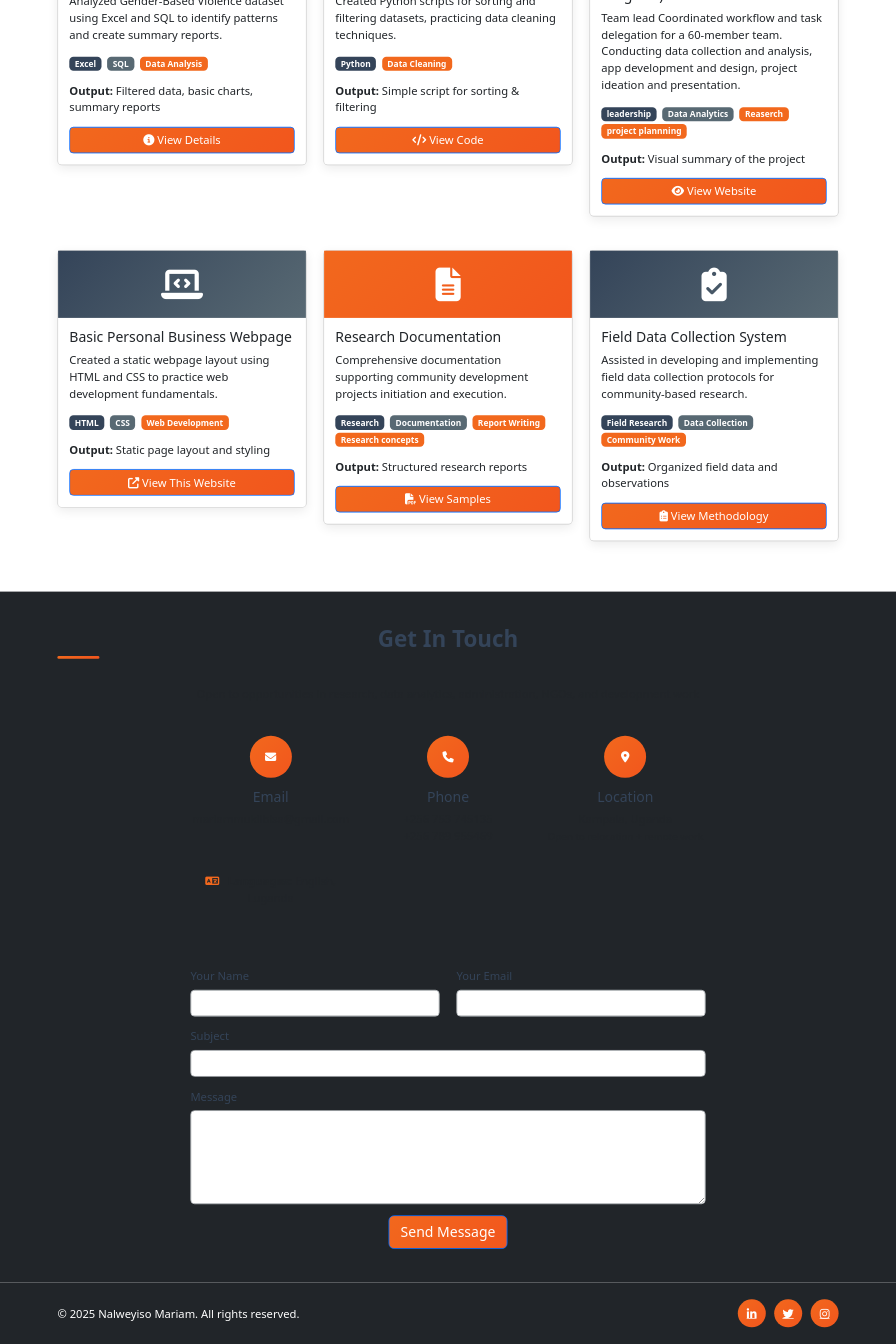
Repository: NalweMari/My-Personal-Portfolio
Page: index.html
These files come from the project's save history. The page is drawn as it stood at one moment and after the next save; the edit follows.
The browser window is 1280 px wide. The pictures show the part of the page from y = 1803 to 3723 px (the page is 3723 px tall), at 70% of full size.
A picture or video elsewhere on the page could not be fetched, so the positions and the page height are approximate.

Above is the page before, as saved 2025-12-05 17:44:17.
Console error (its wording comes from the project's code and is left out).

### index.html
<!DOCTYPE html>
<html lang="en">

<head>
    <meta charset="UTF-8">
    <meta name="viewport" content="width=device-width, initial-scale=1.0">
    <title>Nalweyiso Mariam - Research assistant/Data Analyst </title>
    <link rel="stylesheet" href="style.css">
    <link href="https://cdn.jsdelivr.net/npm/bootstrap@5.3.0/dist/css/bootstrap.min.css" rel="stylesheet">
    <link rel="stylesheet" href="https://cdnjs.cloudflare.com/ajax/libs/font-awesome/6.4.0/css/all.min.css">
</head>

<body>
    <!-- Navigation -->
    <nav class="navbar navbar-expand-lg navbar-dark bg-dark fixed top">
        <div class="container sm">
            <a class="navbar-brand Logo" href="#"><img src="images/Initials_Logo-preview (1).png" alt="Your Logo"
                    height="80"></a> <button class="navbar-toggler" type="button" data- 6 toggle="collapse"
                data-target="#navbarNav" aria-controls="navbarNav" aria-expanded="false" aria-label="Toggle navigation">
                <span class="navbar-toggler-icon"></span> </button>
            <div class="collapse navbar-collapse" id="navbarNav">
                <ul class="navbar-nav ms-auto">
                    <li class="nav-item"><a class="nav-link" href="#home">Home</a></li>
                    <li class="nav-item"><a class="nav-link" href="#about">About</a></li>
                    <li class="nav-item"><a class="nav-link" href="#skills">Skills</a></li>
                    <li class="nav-item"><a class="nav-link" href="#portfolio">Portfolio</a></li>
                    <li class="nav-item"><a class="nav-link" href="#contact">Contact</a></li>
                </ul>
            </div>
        </div>
    </nav>

    <!-- Hero Section -->
    <section id="home" class="hero-section">
        <div class="container">
            <div class="row align-items-center">
                <div class="col-lg-6">
                    <h1 class="display-4 fw-bold mb-3">HI I'M NALWEYISO MARIAM</h1>
                    <p class="lead mb-4">Research Assistant/Data Analyst with 4 years experience in social research and
                        data
                        collection</p>
                    <div class="d-flex flex-wrap gap-3">
                        <a href="#contact" class="btn btn-outline-light btn-lg">Contact Me</a>
                    </div>
                </div>
                <div class="col-lg-6 text-center mt-5 mt-lg-0">
                    <img src="images/Profile design.png" class="profile-image rounded-circle" alt="Nalweyiso Mariam">
                </div>
            </div>
        </div>
    </section>

    <!-- About Section -->
    <section id="about" class="py-5 bg-custom">
        <div class="container">
            <h2 class="section-title">About Me</h2>
            <div class="row align-items-center">
                <div class="col-lg-4 text-center mb-4 mb-lg-0">
                    <img src="images/woman coding.jpg" class="img-fluid rounded shadow" alt="Nalweyiso Mariam"
                        style="max-width: 300px;">
                </div>
                <div class="col-lg-8">
                    <p class="lead"><strong>Motivated and detail-oriented professional with hands-on
                        experience in research and data collection.</strong></p>
                    <p>Currently developing strong analytical capacity with practical learning in Excel,
                            SQL, Python, and data visualization. Skilled in documentation, scheduling,
                        planning, teamwork, and report drafting, with additional beginner-level exposure to web
                        development.</p>
                    <div class="row mt-4">
                        <div class="col-md-6">
                            <ul class="list-unstyled">
                                <li class="mb-2"><i class="fas fa-check text-primary me-2"></i> Social Research</li>
                                <li class="mb-2"><i class="fas fa-check text-primary me-2"></i> Data Analysis</li>
                                <li class="mb-2"><i class="fas fa-check text-primary me-2"></i> Qualitative Methods
                                </li>
                            </ul>
                        </div>
                        <div class="col-md-6">
                            <ul class="list-unstyled">
                                <li class="mb-2"><i class="fas fa-check text-primary me-2"></i> web development</li>
                                <li class="nav-item"><i class="fas fa-check text-primary me-2"></i> Data
                                    Visualization
                                </li>
                                <li class="mb-2"><i class="fas fa-check text-primary me-2"></i> Project
                                    Documentation
                                </li>
                            </ul>
                        </div>
                    </div>
                    <div class="mt-4">
                        <a href="Resume/NALWEYISO-MARIAM-Resume-2025.pdf" class="btn btn-primary me-3"><i class="fas fa-download me-2"></i>Download CV</a>
                    </div>
                </div>
            </div>
        </div>
    </section>
    <!-- Skills Section -->
    <section id="skills" class="py-5">
        <div class="container">
            <h2 class="section-title text-center">My Skills</h2>
            <div class="row">
                <div class="col-md-6">
                    <h5 class="mt-4">Data Analysis & Research</h5>
                    <div class="skill-bar">
                        <div class="skill-progress" style="width: 90%"></div>
                    </div>

                    <h5 class="mt-4">Qualitative Research</h5>
                    <div class="skill-bar">
                        <div class="skill-progress" style="width: 85%"></div>
                    </div>

                    <h5 class="mt-4">Basic Analysis</h5>
                    <div class="skill-bar">
                        <div class="skill-progress" style="width: 70%"></div>
                    </div>

                    <h5 class="mt-4">Data Collection</h5>
                    <div class="skill-bar">
                        <div class="skill-progress" style="width: 88%"></div>
                    </div>
                </div>
                <div class="col-md-6">
                    <h5 class="mt-4">Data Visualization</h5>
                    <div class="skill-bar">
                        <div class="skill-progress" style="width: 65%"></div>
                    </div>

                    <h5 class="mt-4">Documentation</h5>
                    <div class="skill-bar">
                        <div class="skill-progress" style="width: 92%"></div>
                    </div>

                    <h5 class="mt-4">Project Planning</h5>
                    <div class="skill-bar">
                        <div class="skill-progress" style="width: 83%"></div>
                    </div>

                    <h5 class="mt-4">Team Collaboration</h5>
                    <div class="skill-bar">
                        <div class="skill-progress" style="width: 87%"></div>
                    </div>
                </div>
            </div>
        </div>
    </section>

    <!-- Portfolio Section -->
    <section id="portfolio" class="py-5">
        <div class="container">
            <h2 class="section-title text-center">Projects & Practice Work</h2>
            <p class="text-center mb-5">Hands-on projects showcasing my data analysis, research, web development and
                adminstrative skills</p>

            <div class="row">
                <!-- Project 1: GBV Dataset Analysis -->
                <div class="col-lg-4 col-md-6 mb-4">
                    <div class="card project-card">
                        <div class="card-header-accent text-center py-4">
                            <i class="fas fa-database fa-3x"></i>
                        </div>
                        <div class="card-body d-flex flex-column">
                            <h5 class="card-title">GBV Dataset Analysis (Ongoing)</h5>
                            <p class="card-text flex-grow-1">
                                Analyzed Gender-Based Violence dataset using Excel and SQL to identify patterns and
                                create
                                summary reports.
                            </p>
                            <div class="mb-3">
                                <span class="badge badge-primary me-1">Excel</span>
                                <span class="badge badge-secondary me-1">SQL</span>
                                <span class="badge badge-accent">Data Analysis</span>
                            </div>
                            <div class="mt-auto">
                                <p><strong>Output:</strong> Filtered data, basic charts, summary reports</p>
                                <button class="btn btn-primary w-100"
                                    onclick="alert('Project details available upon request')">
                                    <i class="fas fa-info-circle me-1"></i>View Details
                                </button>
                            </div>
                        </div>
                    </div>
                </div>

                <!-- Project 2: Python Data Cleaning -->
                <div class="col-lg-4 col-md-6 mb-4">
                    <div class="card project-card">
                        <div class="card-header-primary text-center py-4">
                            <i class="fab fa-python fa-3x"></i>
                        </div>
                        <div class="card-body d-flex flex-column">
                            <h5 class="card-title">Python Data Cleaning Practice</h5>
                            <p class="card-text flex-grow-1">
                                Created Python scripts for sorting and filtering datasets, practicing data cleaning
                                techniques.
                            </p>
                            <div class="mb-3">
                                <span class="badge badge-primary me-1">Python</span>
                                <span class="badge badge-accent">Data Cleaning</span>
                            </div>
                            <div class="mt-auto">
                                <p><strong>Output:</strong> Simple script for sorting & filtering</p>
                                <button class="btn btn-primary w-100"
                                    onclick="alert('Python code samples available upon request')">
                                    <i class="fas fa-code me-1"></i>View Code
                                </button>
                            </div>
                        </div>
                    </div>
                </div>

                <!-- Project 3: villam hub -->
                <div class="col-lg-4 col-md-6 mb-4">
                    <div class="card project-card">
                        <div class="card-header-accent text-center py-4">
                            <i class="fas fa-chart-line fa-3x"></i>
                        </div>
                        <div class="card-body d-flex flex-column">
                            <h5 class="card-title">Capstone project VILLAM HUB (In Progress)</h5>
                            <p class="card-text flex-grow-1">
                                Team lead
                                Coordinated workflow and task delegation for a 60-member team. Conducting data collection
                                and analysis, app development and design, project ideation and presentation.
                            </p>
                            <div class="mb-3">
                                <span class="badge badge-primary me-1">leadership</span>
                                <span class="badge badge-secondary me-1">Data Analytics</span>
                                <span class="badge badge-accent">Reaserch</span>
                                <span class="badge badge-accent">project plannning</span>
                            </div>
                            <div class="mt-auto">
                                <p><strong>Output:</strong> Visual summary of the project</p>
                                <button class="btn btn-primary w-100" onclick="alert('Website preview coming soon')">
                                    <i class="fas fa-eye me-1"></i>View Website
                                </button>
                            </div>
                        </div>
                    </div>
                </div>
            </div>

            <!-- Second Row of Projects -->
            <div class="row mt-4">
                <!-- Project 4: Personal Webpage -->
                <div class="col-lg-4 col-md-6 mb-4">
                    <div class="card project-card">
                        <div class="card-header-primary text-center py-4">
                            <i class="fas fa-laptop-code fa-3x"></i>
                        </div>
                        <div class="card-body d-flex flex-column">
                            <h5 class="card-title">Basic Personal Business Webpage</h5>
                            <p class="card-text flex-grow-1">
                                Created a static webpage layout using HTML and CSS to practice web development
                                fundamentals.
                            </p>
                            <div class="mb-3">
                                <span class="badge badge-primary me-1">HTML</span>
                                <span class="badge badge-secondary me-1">CSS</span>
                                <span class="badge badge-accent">Web Development</span>
                            </div>
                            <div class="mt-auto">
                                <p><strong>Output:</strong> Static page layout and styling</p>
                                <a href="https://nalwemari.github.io/RoomieSync-H/" class="btn btn-primary w-100">
                                    <i class="fas fa-external-link-alt me-1"></i>View This Website
                                </a>
                            </div>
                        </div>
                    </div>
                </div>

                <!-- Project 5: Research Documentation -->
                <div class="col-lg-4 col-md-6 mb-4">
                    <div class="card project-card">
                        <div class="card-header-accent text-center py-4">
                            <i class="fas fa-file-alt fa-3x"></i>
                        </div>
                        <div class="card-body d-flex flex-column">
                            <h5 class="card-title">Research Documentation</h5>
                            <p class="card-text flex-grow-1">
                                Comprehensive documentation supporting community development projects initiation and
                                execution.
                            </p>
                            <div class="mb-3">
                                <span class="badge badge-primary me-1">Research</span>
                                <span class="badge badge-secondary me-1">Documentation</span>
                                <span class="badge badge-accent">Report Writing</span>
                                <span class="badge badge-accent">Research concepts</span>
                            </div>
                            <div class="mt-auto">
                                <p><strong>Output:</strong> Structured research reports</p>
                                <button class="btn btn-primary w-100"
                                    onclick="alert('Research documentation samples available upon request')">
                                    <i class="fas fa-file-pdf me-1"></i>View Samples
                                </button>
                            </div>
                        </div>
                    </div>
                </div>

                <!-- Project 6: Field Data Collection -->
                <div class="col-lg-4 col-md-6 mb-4">
                    <div class="card project-card">
                        <div class="card-header-primary text-center py-4">
                            <i class="fas fa-clipboard-check fa-3x"></i>
                        </div>
                        <div class="card-body d-flex flex-column">
                            <h5 class="card-title">Field Data Collection System</h5>
                            <p class="card-text flex-grow-1">
                                Assisted in developing and implementing field data collection protocols for
                                community-based research.
                            </p>
                            <div class="mb-3">
                                <span class="badge badge-primary me-1">Field Research</span>
                                <span class="badge badge-secondary me-1">Data Collection</span>
                                <span class="badge badge-accent">Community Work</span>
                            </div>
                            <div class="mt-auto">
                                <p><strong>Output:</strong> Organized field data and observations</p>
                                <button class="btn btn-primary w-100"
                                    onclick="alert('Data collection methodology available upon request')">
                                    <i class="fas fa-clipboard-list me-1"></i>View Methodology
                                </button>
                            </div>
                        </div>
                    </div>
                </div>
            </div>
        </div>
    </section>

    <!-- Contact Section -->
    <section id="contact" class="py-5 bg-dark">
        <div class="container">
            <h2 class="section-title text-center">Get In Touch</h2>
            <p class="text-center mb-5">Open to opportunities in research, data analytics, administration, NGOs, and
                development work</p>

            <div class="row">
                <div class="col-lg-8 mx-auto">
                    <div class="row mb-5">
                        <div class="col-md-4 text-center mb-4">
                            <div class="contact-icon">
                                <i class="fas fa-envelope text-white"></i>
                            </div>
                            <h5 style="color: var(--primary-color);">Email</h5>
                            <p>mariammukiibisa@gmail.com</p>
                        </div>
                        <div class="col-md-4 text-center mb-4">
                            <div class="contact-icon">
                                <i class="fas fa-phone text-white"></i>
                            </div>
                            <h5 style="color: var(--primary-color);">Phone</h5>
                            <p>+256 753 745135<br>+256 789 955469</p>
                        </div>
                        <div class="col-md-4 text-center mb-4">
                            <div class="contact-icon">
                                <i class="fas fa-map-marker-alt text-white"></i>
                            </div>
                            <h5 style="color: var(--primary-color);">Location</h5>
                            <p>Kampala, Uganda<br><small>Open to relocation + remote work</small></p>
                        </div>
                        <div class="col-md-4 text-center mb-4">
                            <p><i class="fas fa-language me-2" style="color: var(--accent-1);"></i>
                                <strong>Languages:</strong> English, Luganda</p>
                        </div>
                    </div>

                    <form>
                        <div class="row">
                            <div class="col-md-6 mb-3">
                                <label for="name" class="form-label" style="color: var(--primary-color);">Your
                                    Name</label>
                                <input type="text" class="form-control" id="name" required>
                            </div>
                            <div class="col-md-6 mb-3">
                                <label for="email" class="form-label" style="color: var(--primary-color);">Your
                                    Email</label>
                                <input type="email" class="form-control" id="email" required>
                            </div>
                        </div>
                        <div class="mb-3">
                            <label for="subject" class="form-label" style="color: var(--primary-color);">Subject</label>
                            <input type="text" class="form-control" id="subject" required>
                        </div>
                        <div class="mb-3">
                            <label for="message" class="form-label" style="color: var(--primary-color);">Message</label>
                            <textarea class="form-control" id="message" rows="5" required></textarea>
                        </div>
                        <div class="text-center">
                            <button type="submit" class="btn btn-primary btn-lg">Send Message</button>
                        </div>
                    </form>

                </div>
            </div>
        </div>
    </section>

    <!-- Footer -->
    <footer class="bg-dark text-white py-4">
        <div class="container">
            <div class="row align-items-center">
                <div class="col-md-6 text-center text-md-start">
                    <p class="mb-0">&copy; 2025 Nalweyiso Mariam. All rights reserved.</p>
                </div>
                <div class="col-md-6 text-center text-md-end">
                    <div class="mt-3 mt-md-0">
                        <a href="http://www.linkedin.com/in/nalweyiso-mariam-2a8868233" class="social-icon me-2"><i class="fab fa-linkedin-in"></i></a>

                        <a href="#" class="social-icon me-2"><i class="fab fa-twitter"></i></a>

                        <a href="#" class="social-icon"><i class="fab fa-instagram"></i></a>
                    </div>
                </div>
            </div>
        </div>
    </footer>
    <script src="https://stackpath.bootstrapcdn.com/bootstrap/4.5.2/js/bootstrap.min.js"></script>
</body>

</html>

Loaded but not shown: Style.css (215 lines, source omitted)

After the next save:
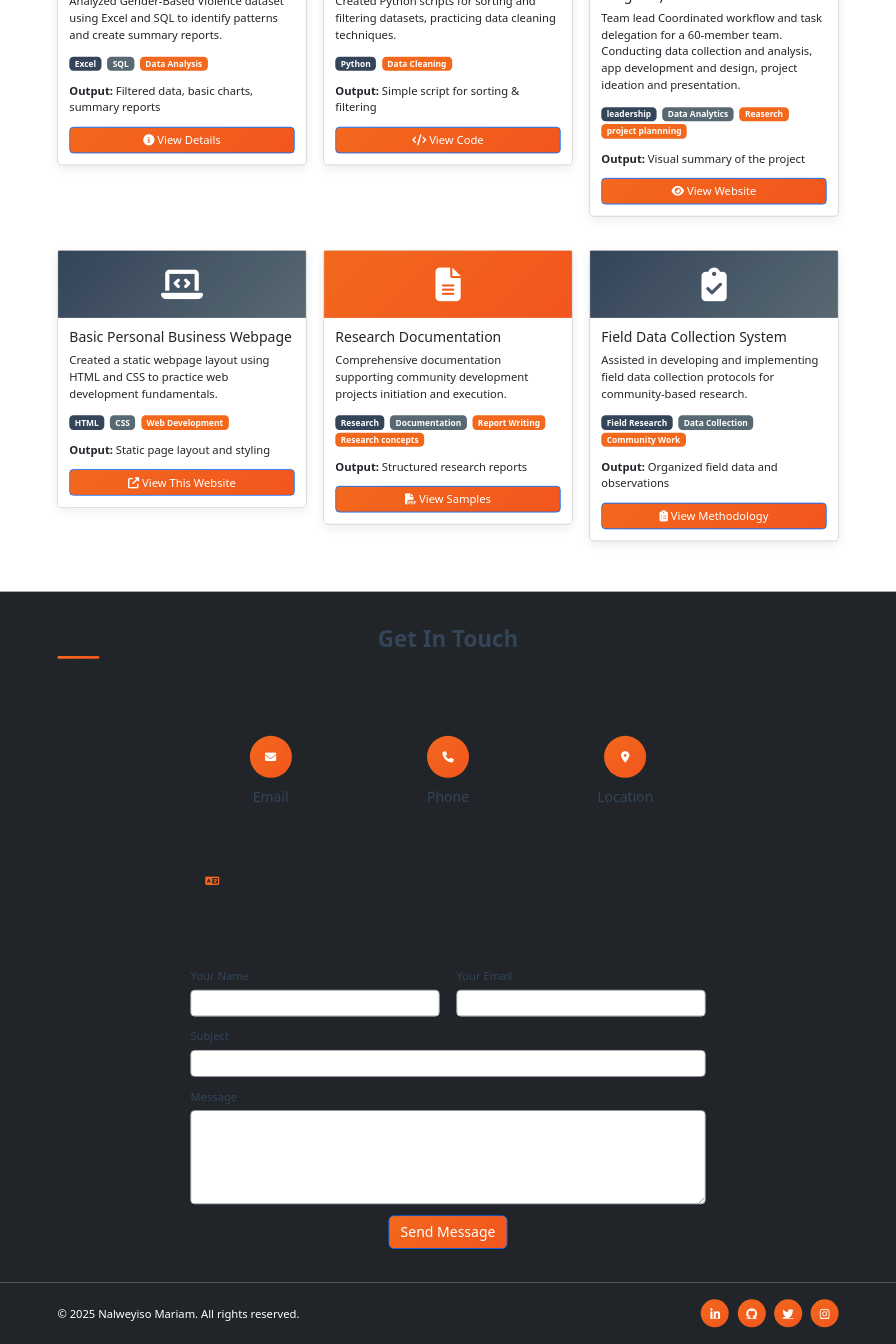
Saved 5 s later.
--- a/index.html
+++ b/index.html
@@ -406,7 +406,7 @@
                 <div class="col-md-6 text-center text-md-end">
                     <div class="mt-3 mt-md-0">
                         <a href="http://www.linkedin.com/in/nalweyiso-mariam-2a8868233" class="social-icon me-2"><i class="fab fa-linkedin-in"></i></a>
-
+                         <a href="#" class="social-icon me-2"><i class="fab fa-github"></i></a>
                         <a href="#" class="social-icon me-2"><i class="fab fa-twitter"></i></a>
 
                         <a href="#" class="social-icon"><i class="fab fa-instagram"></i></a>
